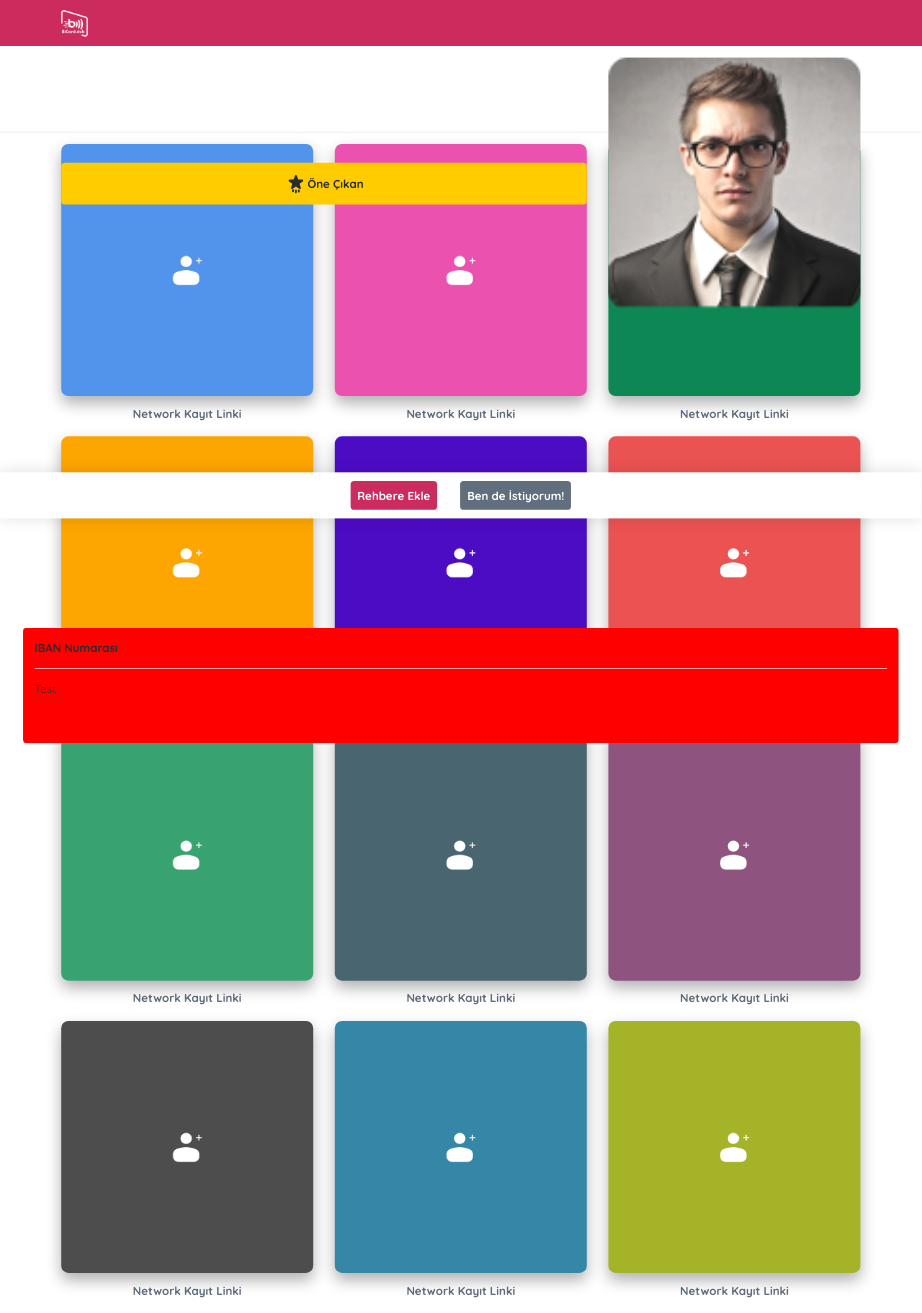
Repository: KayahanKahriman/bicard
Page: form.html
These files come from the project's save history. The page is drawn as it stood at one moment and after the next save; the edit follows.
The browser window is 1280 px wide. The pictures show the whole page, at 72% of full size.
The style sheet was rebuilt from its Sass, Less or Tailwind sources for each picture, by a compiler version that may differ from the author's.

Above is the page before, as saved 2021-12-02 10:31:02.

### form.html
<!doctype html>
<html>

<head>
    <meta name="viewport" content="width=device-width, initial-scale=1, maximum-scale=1, user-scalable=no">
    <meta charset="utf-8" />
    <title>Title</title>
    <link rel="preconnect" href="https://fonts.googleapis.com">
    <link rel="preconnect" href="https://fonts.gstatic.com" crossorigin>
    <link href="https://fonts.googleapis.com/css2?family=Quicksand:wght@400;500;700&display=swap" rel="stylesheet">
    <link href="./assets/css/style.css" type="text/css" rel="stylesheet" />
</head>

<body>
    <header id="app-bar">
        <div class="container h-100">
            <div class="row h-100 align-items-center justify-content-between">
                <div class="col-1">
                    <img src="./assets/images/logo.png" alt="">
                </div>
                <div class="col-11">
                    <div id="app-bar-right">
                        <div id="toggle-nav">
                            <span></span>
                            <span></span>
                            <span></span>
                        </div>
                    </div>
                </div>
            </div>
        </div>
    </header>

    <section id="profile" class="py-3">
        <div class="container">
            <div class="row align-items-center justify-content-center text-center">
                <div class="col-8">
                    <a href="#" class="button jumbo-button button-has-icon"><img src="./assets/images/ranking.svg" alt="">Öne Çıkan</a>
                </div>
                <div class="col-4">
                    <img class="img-contain" src="./assets/images/avatar.png" alt="">
                </div>
            </div>
        </div>
    </section>

    <section id="icon-grid" class="py-3">
        <div class="container">
            <div class="row">
                <div class="col-4 mb-4">
                    <div class="icon-grid-item">
                        <div class="icon-grid-item-icon" style="background-color: #5294eb;">
                            <a data-fancybox href="#test">
                                <img src="./assets/images/user-add.png" alt="">
                            </a>
                        </div>
                        <div class="icon-grid-item-title">
                            Network Kayıt Linki
                        </div>
                    </div>
                </div>
                <div class="col-4 mb-4">
                    <div class="icon-grid-item">
                        <div class="icon-grid-item-icon" style="background-color: #eb52b0;">
                            <a href="#">
                                <img src="./assets/images/user-add.png" alt="">
                            </a>
                        </div>
                        <div class="icon-grid-item-title">
                            Network Kayıt Linki
                        </div>
                    </div>
                </div>
                <div class="col-4 mb-4">
                    <div class="icon-grid-item">
                        <div class="icon-grid-item-icon" style="background-color: #0d8855;">
                            <a href="#">
                                <img src="./assets/images/user-add.png" alt="">
                            </a>
                        </div>
                        <div class="icon-grid-item-title">
                            Network Kayıt Linki
                        </div>
                    </div>
                </div>
                <div class="col-4 mb-4">
                    <div class="icon-grid-item">
                        <div class="icon-grid-item-icon" style="background-color: #fda500;">
                            <a href="#">
                                <img src="./assets/images/user-add.png" alt="">
                            </a>
                        </div>
                        <div class="icon-grid-item-title">
                            Network Kayıt Linki
                        </div>
                    </div>
                </div>
                <div class="col-4 mb-4">
                    <div class="icon-grid-item">
                        <div class="icon-grid-item-icon" style="background-color: #4c0cc4;">
                            <a href="#">
                                <img src="./assets/images/user-add.png" alt="">
                            </a>
                        </div>
                        <div class="icon-grid-item-title">
                            Network Kayıt Linki
                        </div>
                    </div>
                </div>
                <div class="col-4 mb-4">
                    <div class="icon-grid-item">
                        <div class="icon-grid-item-icon" style="background-color: #eb5252;">
                            <a href="#">
                                <img src="./assets/images/user-add.png" alt="">
                            </a>
                        </div>
                        <div class="icon-grid-item-title">
                            Network Kayıt Linki
                        </div>
                    </div>
                </div>
                <div class="col-4 mb-4">
                    <div class="icon-grid-item">
                        <div class="icon-grid-item-icon" style="background-color: #38a371;">
                            <a href="#">
                                <img src="./assets/images/user-add.png" alt="">
                            </a>
                        </div>
                        <div class="icon-grid-item-title">
                            Network Kayıt Linki
                        </div>
                    </div>
                </div>
                <div class="col-4 mb-4">
                    <div class="icon-grid-item">
                        <div class="icon-grid-item-icon" style="background-color: #496570;">
                            <a href="#">
                                <img src="./assets/images/user-add.png" alt="">
                            </a>
                        </div>
                        <div class="icon-grid-item-title">
                            Network Kayıt Linki
                        </div>
                    </div>
                </div>
                <div class="col-4 mb-4">
                    <div class="icon-grid-item">
                        <div class="icon-grid-item-icon" style="background-color: #8f5380;">
                            <a href="#">
                                <img src="./assets/images/user-add.png" alt="">
                            </a>
                        </div>
                        <div class="icon-grid-item-title">
                            Network Kayıt Linki
                        </div>
                    </div>
                </div>
                <div class="col-4 mb-4">
                    <div class="icon-grid-item">
                        <div class="icon-grid-item-icon" style="background-color: #4d4d4d;">
                            <a href="#">
                                <img src="./assets/images/user-add.png" alt="">
                            </a>
                        </div>
                        <div class="icon-grid-item-title">
                            Network Kayıt Linki
                        </div>
                    </div>
                </div>
                <div class="col-4 mb-4">
                    <div class="icon-grid-item">
                        <div class="icon-grid-item-icon" style="background-color: #3687a7;">
                            <a href="#">
                                <img src="./assets/images/user-add.png" alt="">
                            </a>
                        </div>
                        <div class="icon-grid-item-title">
                            Network Kayıt Linki
                        </div>
                    </div>
                </div>
                <div class="col-4 mb-4">
                    <div class="icon-grid-item">
                        <div class="icon-grid-item-icon" style="background-color: #a5b328;">
                            <a href="#">
                                <img src="./assets/images/user-add.png" alt="">
                            </a>
                        </div>
                        <div class="icon-grid-item-title">
                            Network Kayıt Linki
                        </div>
                    </div>
                </div>
            </div>
        </div>
    </section>

    <section id="fixed-buttons">
        <a class="button primary-button" href="#">Rehbere Ekle</a>
        <a class="button dark-button" href="#">Ben de İstiyorum!</a>
    </section>

    <section id="inline-content" class="hide-content">
        <div id="modal-title">
            <strong>IBAN Numarası</strong>
        </div>
        <div id="modal-content">
            Test
        </div>
    </section>

    <script src="https://unpkg.com/swiper/swiper-bundle.min.js"></script>
    <script type="text/javascript" src="assets/js/index.js"></script>
</body>

</html>

### assets/scss/_main.scss
@import "./flex-grid/flexgrid";
@import "vars";
@import "https://unpkg.com/swiper/swiper-bundle.min.css";

*,
*:after,
*:before {
  margin: 0;
  padding: 0;
  -webkit-font-smoothing: antialiased;
  text-rendering: optimizeLegibility;
}

.row-no-padding {
  margin-left: 0;
  margin-right: 0;

  [class*="col-"] {
    padding-left: 0 !important;
    padding-right: 0 !important;
  }
}

a {
  color: var(--link-color);
  text-decoration: none;
}

a:hover,
a:focus,
a:active {
  text-decoration: none;
  outline: none;
}

html,
body {
  height: 100%;
  min-height: 100%;
}

body {
  font-size: 16px;
  color: var(--text-color);
  font-family: var(--primary-font);
  font-weight: 400;
}

.button {
  border-radius: 5px;
  padding: 0.5em 0.6em;
  font-weight: 600;
  transition: all 0.3s ease-in-out;

  &:hover {
    color: var(--text-color);
  }
}

.primary-button {
  background-color: var(--primary-color);
  color: white;
  transition: all 0.3s ease-in-out;

  &:hover {
    background-color: var(--primary-font);
  }
}

.dark-button {
  background: var(--dark-color);
  color: white;
  transition: all 0.3s ease-in-out;

  &:hover {
    background-color: white;
  }
}

.jumbo-button {
  background-color: var(--secondary-color);
  font-weight: 600;
  padding: 0.8em 2em;

  &:hover {
    background-color: var(--darker-secondary-color);
  }
}

.button-has-icon {
  display: flex;
  align-items: center;
  justify-content: center;

  img,
  svg {
    width: 2em;
    height: 2em;
    object-position: center;
    object-fit: contain;
  }
}

.img-contain {
  width: 100%;
  height: 100%;
  object-fit: contain;
  object-position: center center;
}

.icon-grid-item {
  display: flex;
  flex-direction: column;
  text-align: center;
  font-weight: 600;
  gap: 1em;

  .icon-grid-item-icon {
    border-radius: 10px;
    box-shadow: 0 10px 20px #00000050;
    width: 100%;
    position: relative;
    display: flex;
    justify-content: center;
    align-items: center;
    aspect-ratio: 1 / 1;
    a {
      display: block;
      width: 100%;
      height: 100%;
      position: absolute;
      top: 0;
      left: 0;
      display: flex;
      align-items: center;
      justify-content: center;
    }
  }

  .icon-grid-item-title {
    line-height: 1;
    color: var(--alt-text-color);
  }
}

.hide-content {
  background-color: red !important;
  transform: translateX(-50%) translate3d(0, 20em, 0) !important;
}

.body-overlay {
  overflow: hidden;
  position: fixed;
  top: 0;
  left: 0;
  width: 100%;
  height: 100%;
  z-index: 4;
  background: #00000060;
}

### assets/scss/flex-grid/_flexgrid.scss
@import "functions";
@import "variables";
@import "mixins";
@import "reboot";
@import "utilities";
@import "grid";

### assets/scss/flex-grid/_mixins.scss
// Toggles
//
// Used in conjunction with global variables to enable certain theme features.

// Vendor
@import "vendor/rfs";


// Utilities
@import "mixins/breakpoints";
@import "mixins/image";
@import "mixins/hover";
@import "mixins/deprecate";
@import "mixins/text-hide";
@import "mixins/text-truncate";
@import "mixins/text-emphasis";
@import "mixins/size";


// // Layout
@import "mixins/clearfix";
@import "mixins/grid-framework";
@import "mixins/grid";
@import "mixins/float";

### assets/scss/flex-grid/mixins/_image.scss
// Image Mixins
// - Responsive image
// - Retina image


// Responsive image
//
// Keep images from scaling beyond the width of their parents.

@mixin img-fluid {
  // Part 1: Set a maximum relative to the parent
  max-width: 100%;
  // Part 2: Override the height to auto, otherwise images will be stretched
  // when setting a width and height attribute on the img element.
  height: auto;
}


// Retina image
//
// Short retina mixin for setting background-image and -size.

@mixin img-retina($file-1x, $file-2x, $width-1x, $height-1x) {
  background-image: url($file-1x);

  // Autoprefixer takes care of adding -webkit-min-device-pixel-ratio and -o-min-device-pixel-ratio,
  // but doesn't convert dppx=>dpi.
  // There's no such thing as unprefixed min-device-pixel-ratio since it's nonstandard.
  // Compatibility info: https://caniuse.com/#feat=css-media-resolution
  @media only screen and (min-resolution: 192dpi), // IE9-11 don't support dppx
    only screen and (min-resolution: 2dppx) { // Standardized
    background-image: url($file-2x);
    background-size: $width-1x $height-1x;
  }
  @include deprecate("`img-retina()`", "v4.3.0", "v5");
}

### assets/scss/flex-grid/mixins/_hover.scss
// Hover mixin and `$enable-hover-media-query` are deprecated.
//
// Originally added during our alphas and maintained during betas, this mixin was
// designed to prevent `:hover` stickiness on iOS-an issue where hover styles
// would persist after initial touch.
//
// For backward compatibility, we've kept these mixins and updated them to
// always return their regular pseudo-classes instead of a shimmed media query.
//
// Issue: https://github.com/twbs/bootstrap/issues/25195

@mixin hover {
  &:hover { @content; }
}

@mixin hover-focus {
  &:hover,
  &:focus {
    @content;
  }
}

@mixin plain-hover-focus {
  &,
  &:hover,
  &:focus {
    @content;
  }
}

@mixin hover-focus-active {
  &:hover,
  &:focus,
  &:active {
    @content;
  }
}

### assets/scss/flex-grid/mixins/_grid.scss
/// Grid system
//
// Generate semantic grid columns with these mixins.

@mixin make-container($gutter: $grid-gutter-width) {
  width: 100%;
  padding-right: $gutter / 2;
  padding-left: $gutter / 2;
  margin-right: auto;
  margin-left: auto;
}


// For each breakpoint, define the maximum width of the container in a media query
@mixin make-container-max-widths($max-widths: $container-max-widths, $breakpoints: $grid-breakpoints) {
  @each $breakpoint, $container-max-width in $max-widths {
    @include media-breakpoint-up($breakpoint, $breakpoints) {
      max-width: $container-max-width;
    }
  }
}

@mixin make-row($gutter: $grid-gutter-width) {
  display: flex;
  flex-wrap: wrap;
  margin-right: -$gutter / 2;
  margin-left: -$gutter / 2;
}

@mixin make-col-ready($gutter: $grid-gutter-width) {
  position: relative;
  // Prevent columns from becoming too narrow when at smaller grid tiers by
  // always setting `width: 100%;`. This works because we use `flex` values
  // later on to override this initial width.
  width: 100%;
  padding-right: $gutter / 2;
  padding-left: $gutter / 2;
}

@mixin make-col($size, $columns: $grid-columns) {
  flex: 0 0 percentage($size / $columns);
  // Add a `max-width` to ensure content within each column does not blow out
  // the width of the column. Applies to IE10+ and Firefox. Chrome and Safari
  // do not appear to require this.
  max-width: percentage($size / $columns);
}

@mixin make-col-offset($size, $columns: $grid-columns) {
  $num: $size / $columns;
  margin-left: if($num == 0, 0, percentage($num));
}

### assets/scss/flex-grid/_utilities.scss
@import "utilities/align";
@import "utilities/clearfix";
@import "utilities/display";
@import "utilities/flex";
@import "utilities/float";
@import "utilities/position";
@import "utilities/text";
@import "utilities/spacing";
@import "utilities/sizing";

### assets/scss/flex-grid/_grid.scss
// Container widths
//
// Set the container width, and override it for fixed navbars in media queries.

@if $enable-grid-classes {
  .container {
    @include make-container();
    @include make-container-max-widths();
  }
}

// Fluid container
//
// Utilizes the mixin meant for fixed width containers, but with 100% width for
// fluid, full width layouts.

@if $enable-grid-classes {
  .container-fluid {
    @include make-container();
  }
}

// Row
//
// Rows contain and clear the floats of your columns.

@if $enable-grid-classes {
  .row {
    @include make-row();
  }

  // Remove the negative margin from default .row, then the horizontal padding
  // from all immediate children columns (to prevent runaway style inheritance).
  .no-gutters {
    margin-right: 0;
    margin-left: 0;

    > .col,
    > [class*="col-"] {
      padding-right: 0;
      padding-left: 0;
    }
  }
}

// Columns
//
// Common styles for small and large grid columns

@if $enable-grid-classes {
  @include make-grid-columns();
}

### assets/scss/_vars.scss
:root {
  // Fonts
  --quicksand: "Quicksand", sans-serif;
  --primary-font: var(--quicksand);

  // Colors
  --primary-color: #cc2b5e;
  --darker-primary-color: #b12451;
  --secondary-color: #ffcc00;
  --darker-secondary-color: #d4aa00;
  --text-color: #292d32;
  --link-color: #292d32;
  --alt-text-color: #616e7d;
  --border-color: #eaeaea;
  --dark-color: #616e7d;

  // Sizes
  --app-bar-height: 4em;
  --profile-height: 7.5em;
  --fixed-buttons-height: 4em;
}

Loaded but not shown: assets/scss/flex-grid/vendor/_rfs.scss (common file); assets/scss/flex-grid/mixins/_deprecate.scss (common file); assets/scss/flex-grid/mixins/_text-hide.scss (common file); assets/scss/flex-grid/mixins/_text-truncate.scss (common file); assets/scss/flex-grid/mixins/_text-emphasis.scss (common file); assets/scss/flex-grid/mixins/_size.scss (common file); assets/scss/flex-grid/mixins/_clearfix.scss (common file); assets/scss/flex-grid/mixins/_float.scss (common file); assets/scss/flex-grid/utilities/_align.scss (common file); assets/scss/flex-grid/utilities/_clearfix.scss (common file); assets/scss/flex-grid/utilities/_display.scss (common file); assets/scss/flex-grid/utilities/_float.scss (common file); assets/scss/flex-grid/utilities/_position.scss (common file); assets/scss/flex-grid/utilities/_sizing.scss (common file); assets/js/index.js (31 lines, source omitted); assets/scss/flex-grid/_variables.scss (1123 lines, source omitted); assets/scss/flex-grid/_reboot.scss (483 lines, source omitted); assets/scss/flex-grid/mixins/_breakpoints.scss (123 lines, source omitted); assets/scss/flex-grid/utilities/_flex.scss (51 lines, source omitted); assets/scss/flex-grid/_functions.scss (86 lines, source omitted); assets/scss/flex-grid/utilities/_spacing.scss (73 lines, source omitted); assets/scss/flex-grid/utilities/_text.scss (72 lines, source omitted); assets/scss/style.scss (110 lines, source omitted); assets/scss/flex-grid/mixins/_grid-framework.scss (66 lines, source omitted)

After the next save:
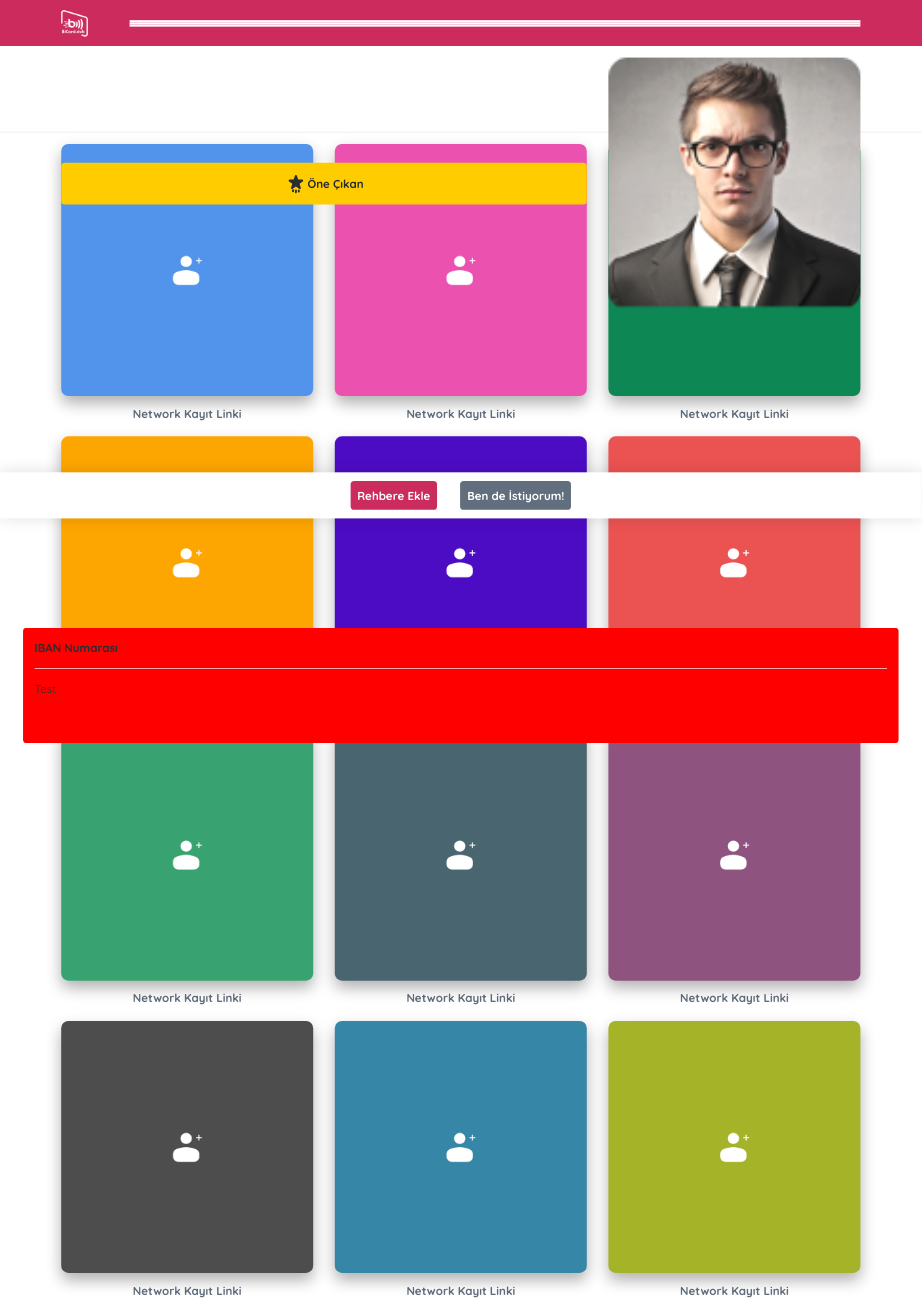
Saved 15 min 36 s later.
--- a/assets/scss/_main.scss
+++ b/assets/scss/_main.scss
@@ -158,3 +158,12 @@ body {
   z-index: 4;
   background: #00000060;
 }
+
+#toggle-nav {
+  span {
+    display: block;
+    width: 100%;
+    height: 3px;
+    background: white;
+  }
+}

After the save that followed:
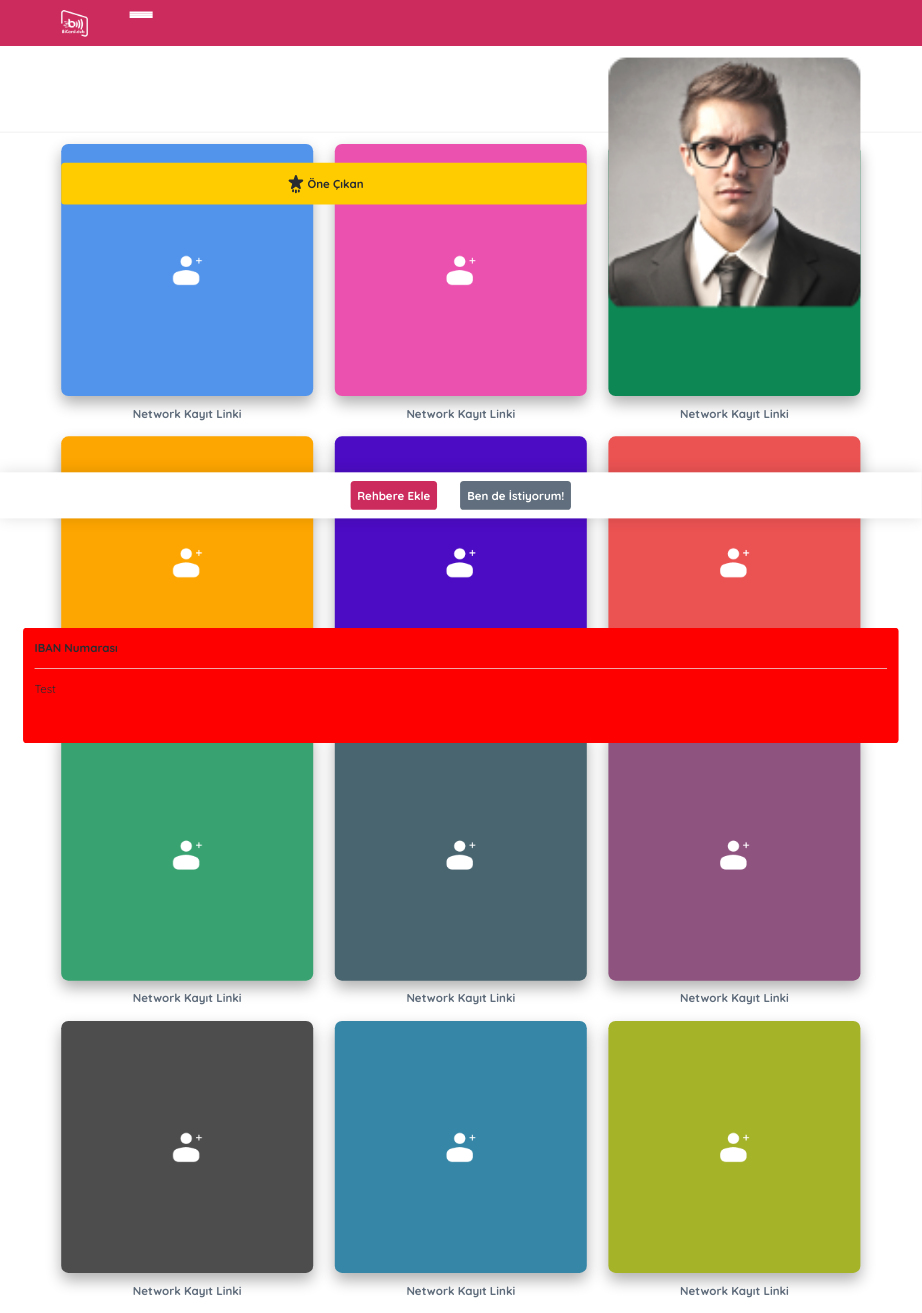
Saved 10 s later.
--- a/assets/scss/_main.scss
+++ b/assets/scss/_main.scss
@@ -160,6 +160,8 @@ body {
 }
 
 #toggle-nav {
+  width: 2em;
+  height: 2em;
   span {
     display: block;
     width: 100%;
